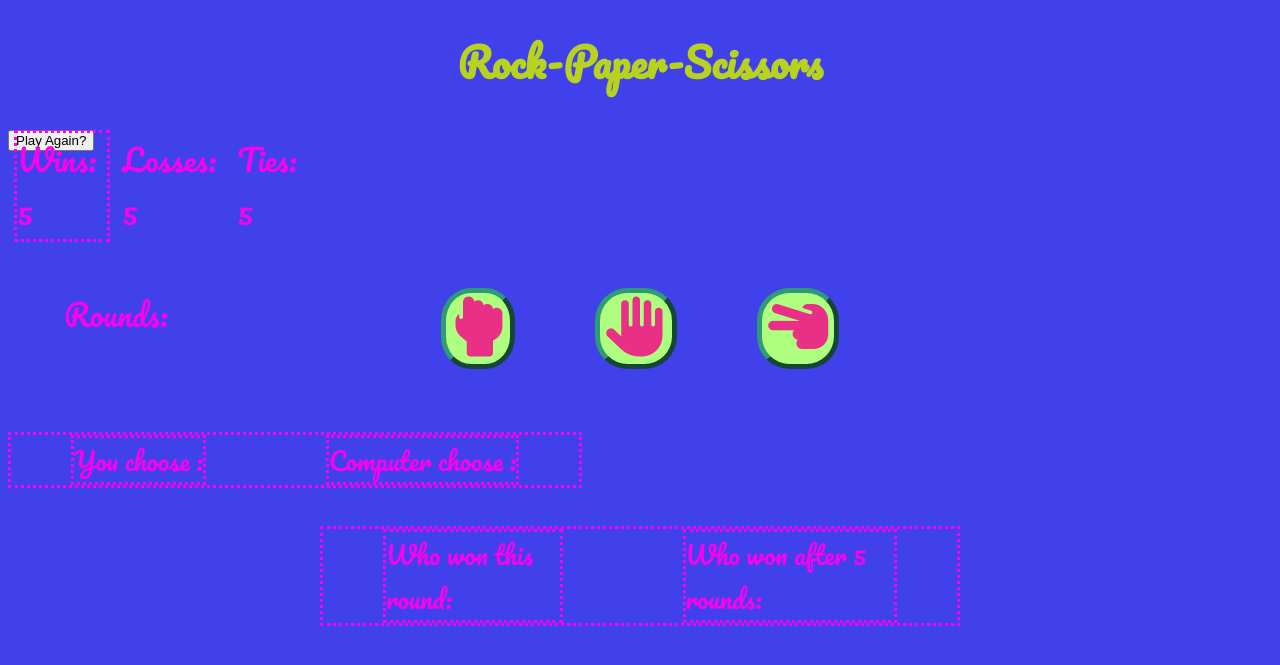
Repository: 0101chaitanya/Rock-Paper-Scissors
Page: index.html
An editor plug-in stored every save of this project. The page is shown before and after the next save, followed by the edit.
The browser window is 1280 px wide. The pictures show the whole page.
Some web libraries are served in a nearby version.

Above is the page before, as saved 2021-05-15 15:35:23.
Not found: linkk.js

### index.html
<!DOCTYPE html>
<html>

<head>
    <meta charset="utf-8">
    <title>Rock-Paper-Scissors</title>
    <link rel="stylesheet" href="style.css">
    <script src="https://kit.fontawesome.com/3dcaf9f6de.js" crossorigin="anonymous"></script>
    <link rel="preconnect" href="https://fonts.gstatic.com">
    <link href="https://fonts.googleapis.com/css2?family=Pacifico&display=swap" rel="stylesheet">
</head>

<body>
    <h1 id="welcome">Rock-Paper-Scissors</h1>
    <div id="div1">
        <span id="wins" class="score">Wins: 5</span>
        <span id="losses" class="score">Losses: 5</span>
        <span id="ties" class="score">Ties: 5</span>
    </div>
    <div id="div2">
        <span id="rounds">Rounds:</span>
    </div>
    <div id="div3">
        <button class="square" id="holder1" href="#"><i class="fas fa-hand-rock"></i></button>
        <button class="square" id="holder2" href="#"><i class="fas fa-hand-paper"></i></button>
        <button class="square" id="holder3" href="#"><i class="fas fa-hand-scissors"></i></button>
    </div>
    <div id="div4">
        <span id="you" class="player">You choose :</span>
        <span id="computer" class="player">Computer choose :</span>
    </div>
    <div id="div5">
        <span id="roundwin" class="round">Who won this round:</span>
        <span id="round5er" class="round">Who won after 5 rounds:</span>
    </div>
    <button id="repeat">Play Again?</button>
    <script type="text/javascript" src="linkk.js"></script>
</body>

</html>

### style.css
html{
    margin: 0;
    font-family: 'Pacifico', cursive;
    background-color:rgb(65, 65, 236);
display: block;
}

h1  {
       text-align: center;
     color:rgb(184, 211, 30) ;
    font-size: 40px;
}
#div1{
     display: flex;
     justify-content: space-evenly;
     font-size: 30px;
     color:rgb(248, 3, 236);
    position : fixed;
    top: 18%;
    }
.score {
        margin: auto 2% ;
    }
    #wins {

        right: 50%;

    border-style:dotted;
    }
#div2 {
     display: flex;
     justify-content: space-evenly;
     font-size: 30px;
     color:rgb(248, 3, 236);
    position : fixed;
    top: 40%;
    left: 5%;
}
 #div3 {
display: flex;
flex-direction: row;
justify-content:center;
position: fixed;
top: 40%;
align-content: center;
left: 50%;
right: 50%;
padding:0;
  }
.square{
    background-color: rgb(174, 255, 127);
    font-size: 60px;
    display: inline-block;
color: rgb(233, 47, 134);
border-radius: 40%;
border-width: 5px;
border-color:rgb(46, 155, 118);
margin:auto 40px;
}
#div4 {
     display: flex;
     flex-direction: row;
     justify-content: center;
     font-size: 25px;
     color:rgb(248, 3, 236);
    position : fixed;
    top: 60%;
    padding: auto;
    border-style:dotted;

}
.player {
    margin: auto 60px;
    display: flex;
    flex-direction: row;
    border-style:dotted;
    flex-wrap: nowrap;

}
#div5 {
     display: flex;
     flex-direction: row;
     justify-content: center;
     font-size: 25px;
     color:rgb(248, 3, 236);
    position : fixed;
    top: 73%;
    left: 25%;
    right: 25%;
    padding: auto;
    border-style:dotted;

}
.round {
    margin: auto 60px;
    display: flex;
    flex-direction: row;
    border-style:dotted;
    flex-wrap: nowrap;
}

After the next save:
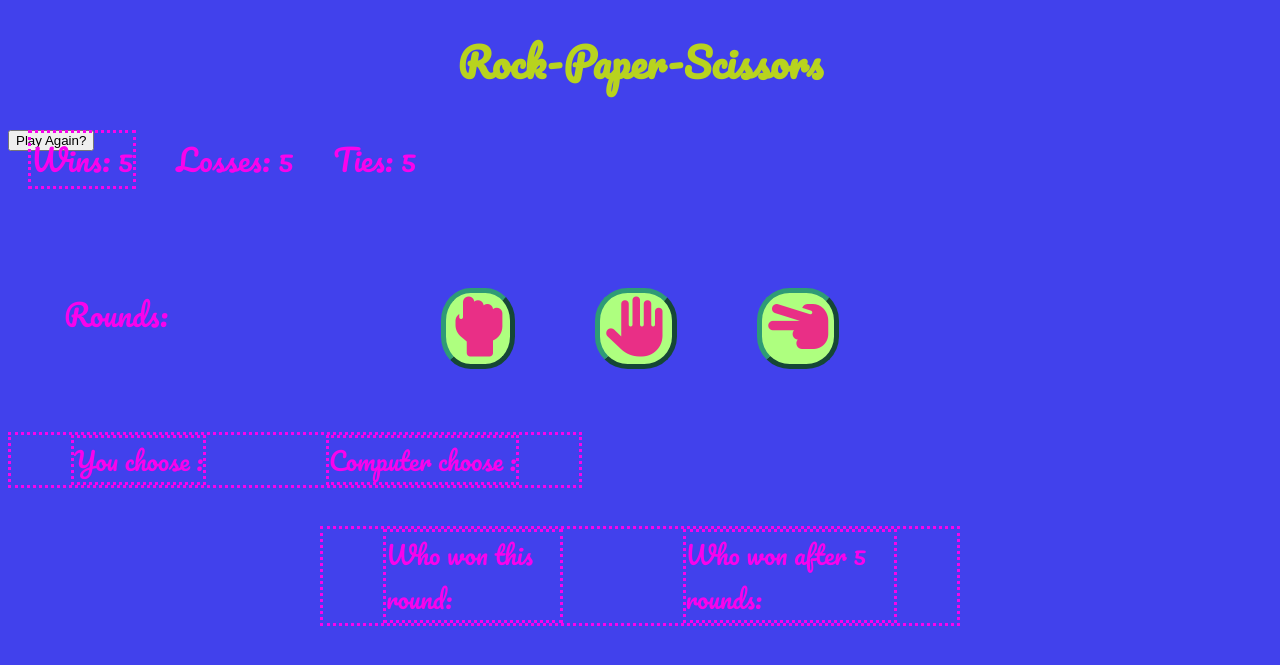
Saved 11 s later.
--- a/style.css
+++ b/style.css
@@ -19,7 +19,7 @@ h1  {
     top: 18%;
     }
 .score {
-        margin: auto 2% ;
+        margin: auto 20px ;
     }
     #wins {
 
